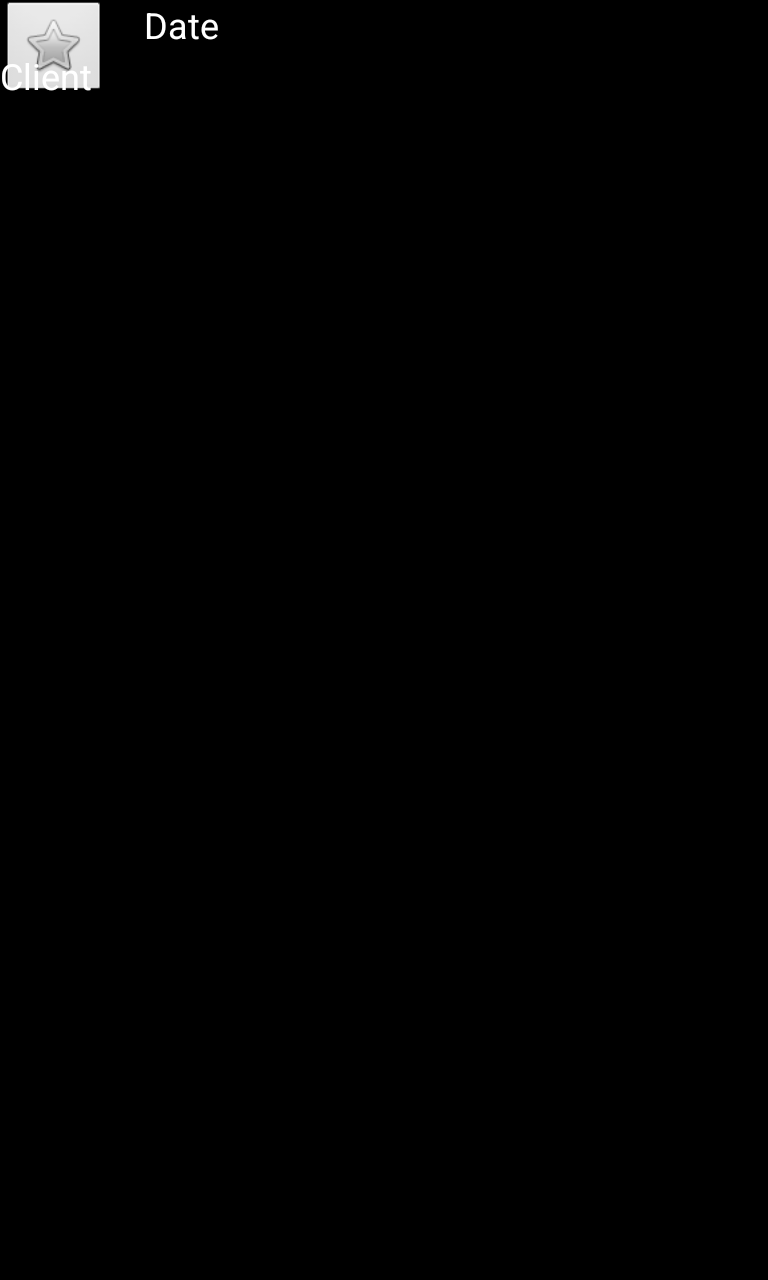
Repository: codingricky/android-expense-it
Layout: expenseit/res/layout/receiptlistrow.xml
These files come from the project's save history. The layout is drawn as it stood at one moment and after the next save; the edit follows.
It is drawn on a 768 x 1280 px phone screen (xhdpi) without system bars, with theme android:Theme; the app's code is not run.

Above is the layout before, as saved 2012-05-01 21:04:42.

After the next save:
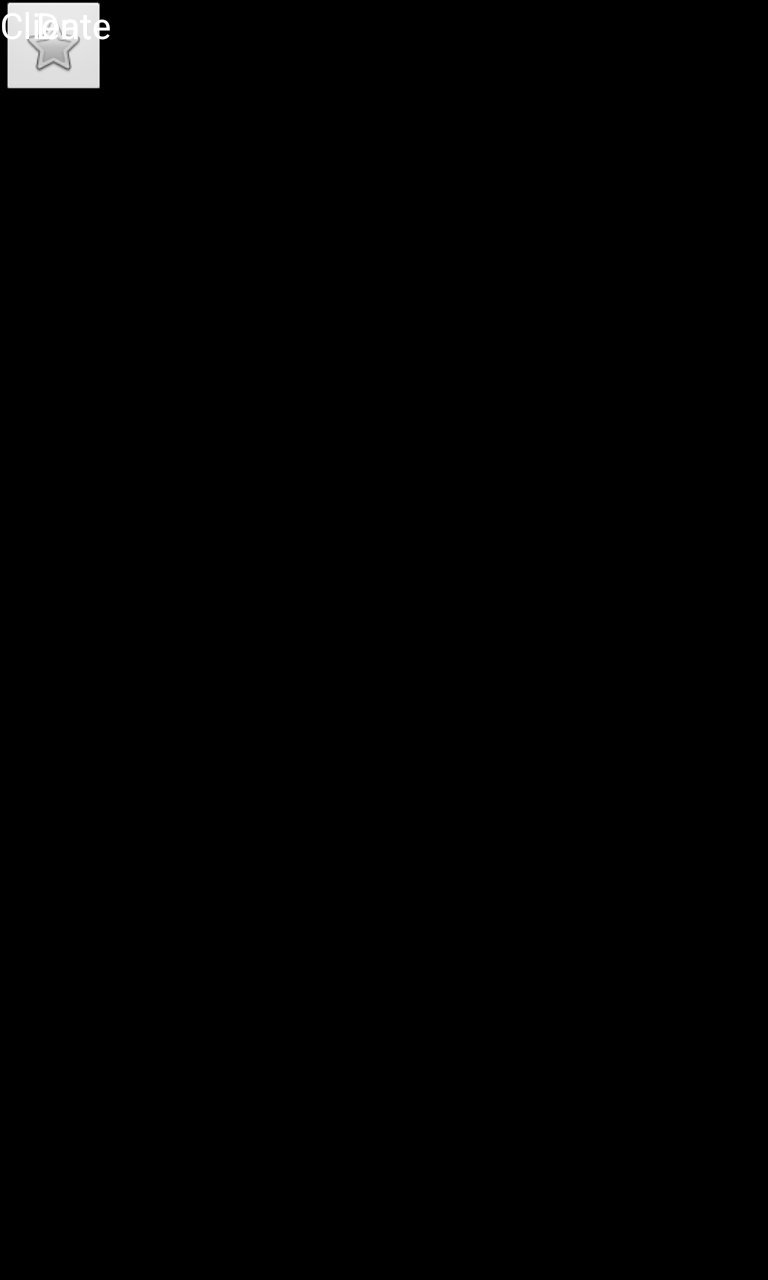
Saved 5 s later.
--- a/expenseit/res/layout/receiptlistrow.xml
+++ b/expenseit/res/layout/receiptlistrow.xml
@@ -5,7 +5,7 @@
         android:layout_height="fill_parent" >
 
         <ImageButton
-            android:id="@+id/imageButton1"
+            android:id="@+id/imageReceiptROw"
             android:layout_width="wrap_content"
             android:layout_height="wrap_content"
             android:layout_alignParentLeft="true"

After the save that followed:
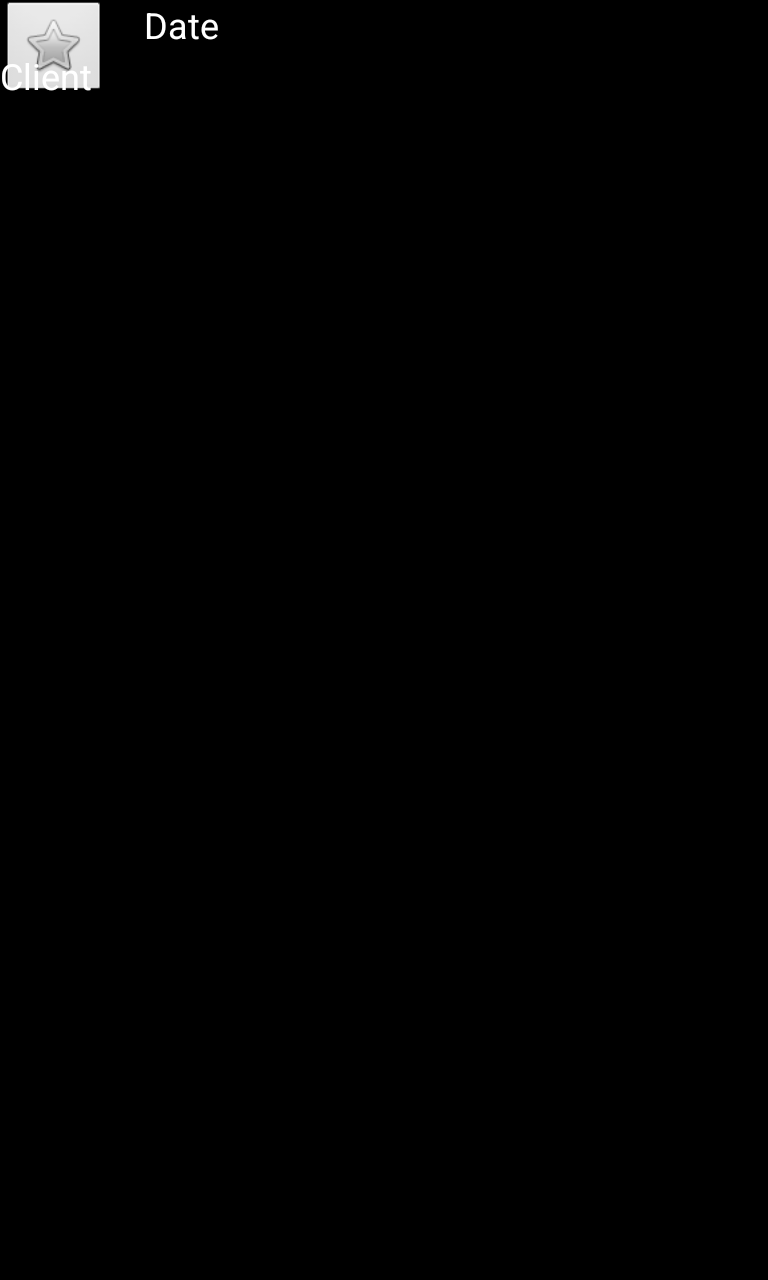
Saved 85 s later.
--- a/expenseit/res/layout/receiptlistrow.xml
+++ b/expenseit/res/layout/receiptlistrow.xml
@@ -5,7 +5,7 @@
         android:layout_height="fill_parent" >
 
         <ImageButton
-            android:id="@+id/imageReceiptROw"
+            android:id="@+id/imageReceiptRow"
             android:layout_width="wrap_content"
             android:layout_height="wrap_content"
             android:layout_alignParentLeft="true"
@@ -18,7 +18,7 @@
             android:layout_height="wrap_content"
             android:layout_alignParentTop="true"
             android:layout_marginLeft="18dp"
-            android:layout_toRightOf="@+id/imageButton1"
+            android:layout_toRightOf="@+id/imageReceiptRow"
             android:text="Date"
             android:textAppearance="?android:attr/textAppearanceMedium" />
 
@@ -26,8 +26,8 @@
             android:id="@+id/clientReceiptRow"
             android:layout_width="wrap_content"
             android:layout_height="wrap_content"
-            android:layout_alignBottom="@+id/imageButton1"
-            android:layout_alignLeft="@+id/textView1"
+            android:layout_alignBottom="@+id/imageReceiptRow"
+            android:layout_alignLeft="@+id/clientReceiptRow"
             android:text="Client"
             android:textAppearance="?android:attr/textAppearanceMedium" />
 
